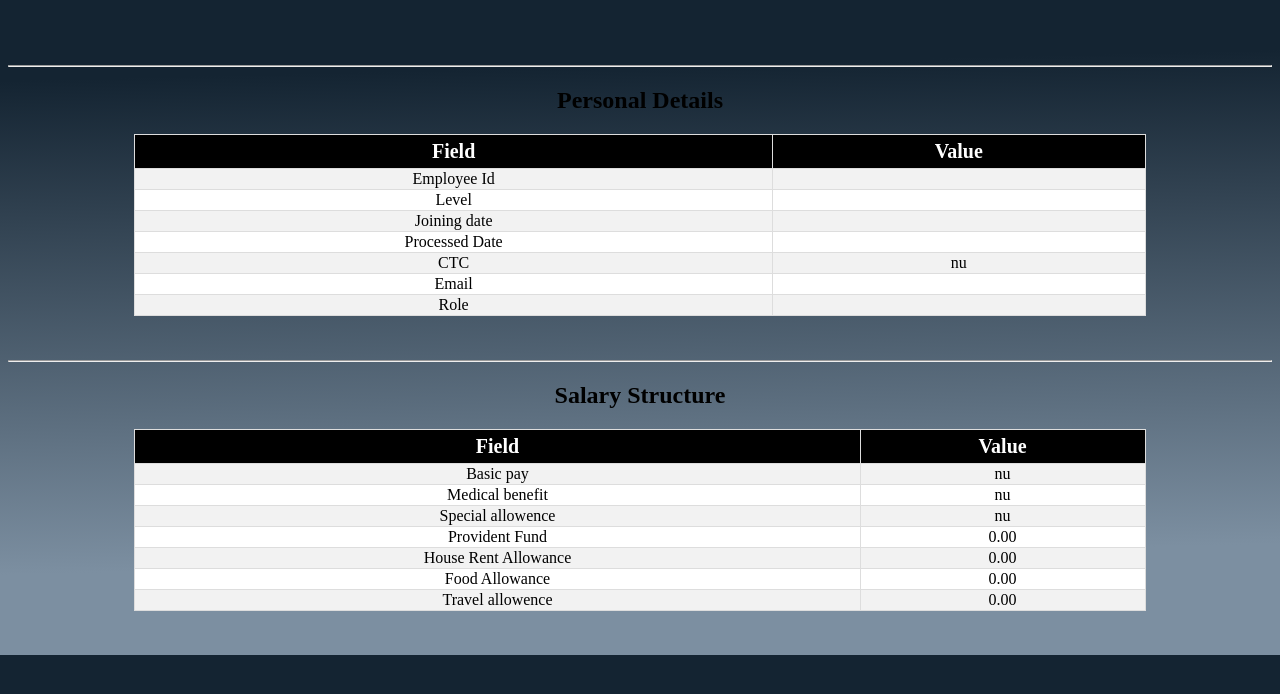
Repository: Mainak-Deb/EmployeeApprisalApp
Page: http://localhost/EmployeeApprisalForm/WEB-INF/views/userPage.jsp
These files come from the project's save history. The page is drawn as it stood at one moment and after a run of saves; the edit follows.
The browser window is 1280 px wide. The pictures show the whole page.
The page is served by Tomcat 9. Nobody is signed in. Other server files are loaded and not shown. The template is opened directly, without the code that normally fills it, so the values that code supplies are empty.

Above is the page before, as saved 2023-06-27 11:31:16.

### EmployeeApprisalForm/src/main/webapp/WEB-INF/views/userPage.jsp
<%@ page language="java" contentType="text/html; charset=ISO-8859-1"
    pageEncoding="ISO-8859-1"%>
    <%@ taglib prefix="c" uri="http://java.sun.com/jsp/jstl/core" %>


<!DOCTYPE html>
<html lang="en">
<head>
    <meta charset="UTF-8">
    <meta name="viewport" content="width=device-width, initial-scale=1.0">
    <title>Document</title>
    <style>
        table, th, td {
          border: 1px solid;
          text-align: center;
        }

        table {
          width: 80%;
          margin: auto;
        }
        </style>
        <link rel="stylesheet" href="public/styles/userPage.css">

</head>
<body>

    <h1 style="text-align: center;" >${employeeDetails.name}</h1>
    <div style="text-align: center;" >${employeeDetails.designation}</div> <br><br>
    <hr>
    <div>
    <h2 style="text-align: center;" >Personal Details</h2>
    <table>
        <tr>
          <th>Field</th>
          <th>Value</th>
        </tr>
         <tr>
          <td>Employee Id</td>
          <td> ${employeeDetails.empID}</td>
        </tr>
        <tr>
          <td>Level</td>
          <td> ${employeeDetails.level}</td>
        </tr>
        <tr>
          <td>Joining date</td>
          <td>${employeeDetails.postedDate}</td>
        </tr>
        <tr>
            <td>Processed Date</td>
            <td>${employeeDetails.processedDate}</td>
        </tr>
        <tr>
            <td>CTC</td>
            <td>${String.format("%.2f", employeeDetails.ctc)}</td>
        </tr>

        <tr>
            <td>Email</td>
            <td>${employeeDetails.username}</td>
        </tr>

        <tr>
            <td>Role</td>
            <td>${employeeDetails.role}</td>
        </tr>
      </table>

      <br><br>
      <hr>
      <h2 style="text-align: center;" >Salary Structure</h2>
      <table>
        <tr>
          <th>Field</th>
          <th>Value</th>
        </tr>
        <tr>
          <td>Basic pay</td>
          <td>${String.format("%.2f", employeeDetails.basic)}</td>
        </tr>
        <tr>
          <td>Medical benefit</td>
          <td>${String.format("%.2f", employeeDetails.medical)}</td>
        </tr>
        <tr>
            <td>Special allowence</td>
            <td>${String.format("%.2f", employeeDetails.specialAllowances)}</td>
        </tr>
        <tr>
            <td>Provident Fund</td>
            <td>${String.format("%.2f", employeeDetails.basic*employeeDetails.pf/100)}</td>
        </tr>

        <tr>
            <td>House Rent Allowance</td>
            <td>${String.format("%.2f", employeeDetails.basic*employeeDetails.hra/100)}</td>
        </tr>

        <tr>
            <td>Food Allowance</td>
            <td>${String.format("%.2f", employeeDetails.specialAllowances*employeeDetails.food/100)}</td>
        </tr>
        <tr>
            <td>Travel allowence</td>
            <td>${String.format("%.2f", employeeDetails.specialAllowances*employeeDetails.travel/100)}</td>
        </tr>
      </table>

      <br><br>
      </div>

</body>
</html>

### EmployeeApprisalForm/src/main/webapp/public/styles/userPage.css
body{
	background-repeat: no-repeat;
    background-size: cover;
    background-position: center;
        background:  linear-gradient(178.6deg, rgb(20, 36, 50) 11.8%, rgb(124, 143, 161) 83.8%);
    z-index:0;
}

table, th, td {
    text-align: center;
     border: 1px solid #ddd;
  }

  table {
    width: 80%;
    margin: auto;
      border-collapse: collapse;
        border: 1px solid #ddd;
  padding: 8px;
  }

  th{
  	background-color:black;
  	color:white;
  	padding:5px;
  	font-size:20px;
  }
tr:nth-child(even){background-color: #f2f2f2;}
tr:nth-child(odd){background-color: white;}
tr:hover {background-color: #ddd;}

After the next 2 saves:
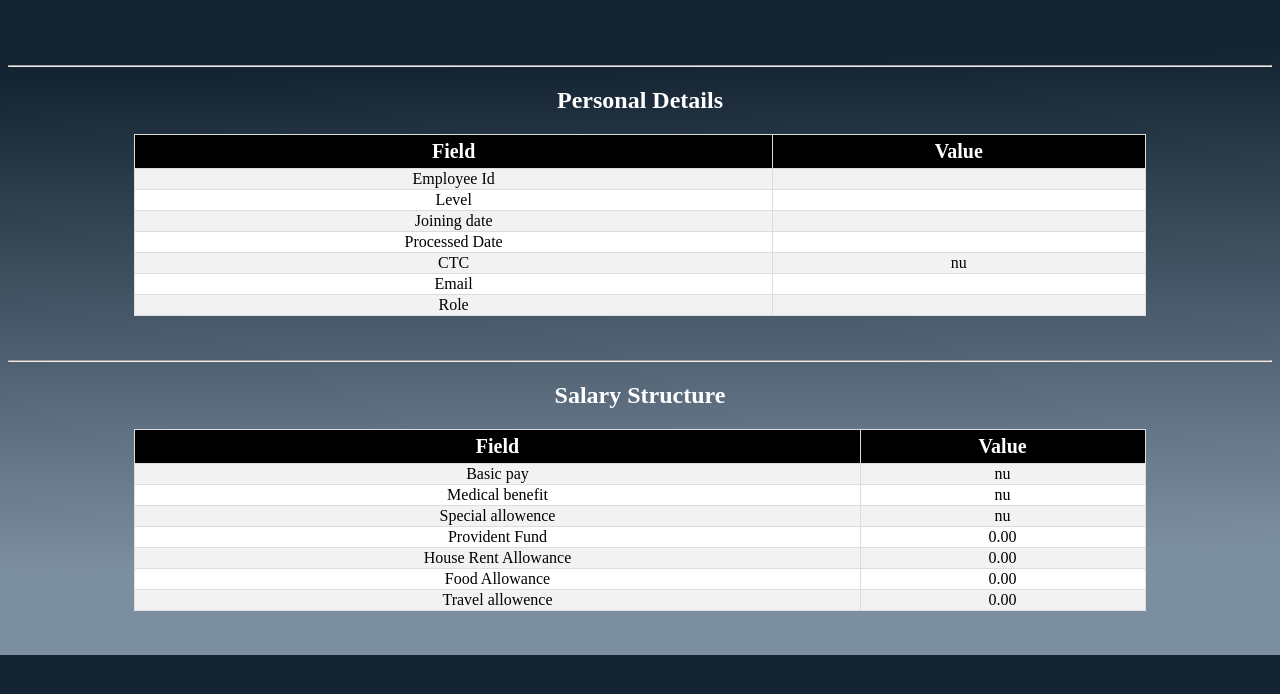
The 2 saves are shown as one change because they came seconds apart.
The last was saved 50 s later.
--- a/EmployeeApprisalForm/src/main/webapp/public/styles/userPage.css
+++ b/EmployeeApprisalForm/src/main/webapp/public/styles/userPage.css
@@ -28,3 +28,8 @@ table, th, td {
 tr:nth-child(even){background-color: #f2f2f2;}
 tr:nth-child(odd){background-color: white;}
 tr:hover {background-color: #ddd;}
+
+h2{
+	color:white;
+	text-align:center;
+}
